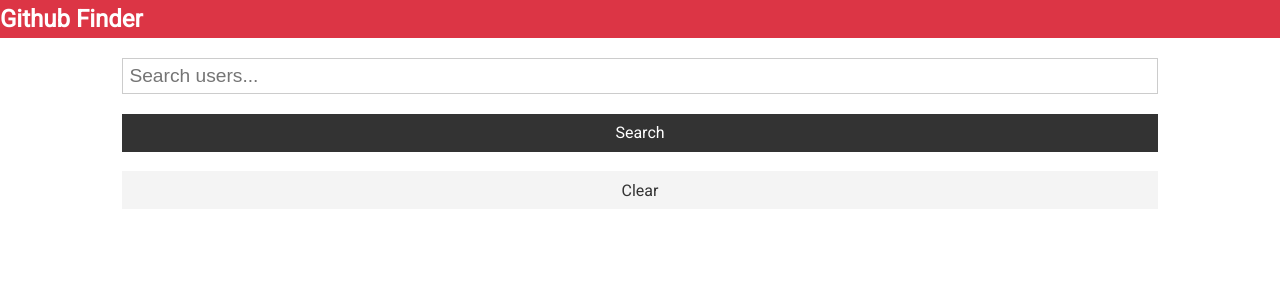
Repository: 7harshit20/github-users-finder
Page: /
These files come from the project's save history. The page is drawn as it stood at one moment and after a run of saves; the edit follows.
The browser window is 1280 px wide. The pictures show the whole page.
The project was rebuilt for these pictures with package versions that can differ from the ones it lists, and the page was loaded fresh each time. Also part of the build but not shown: src/component/users/UserItems.js, src/component/layout/Spinner.js.

Above is the page before, as saved 2021-10-02 18:20:48.

After the next 2 saves:
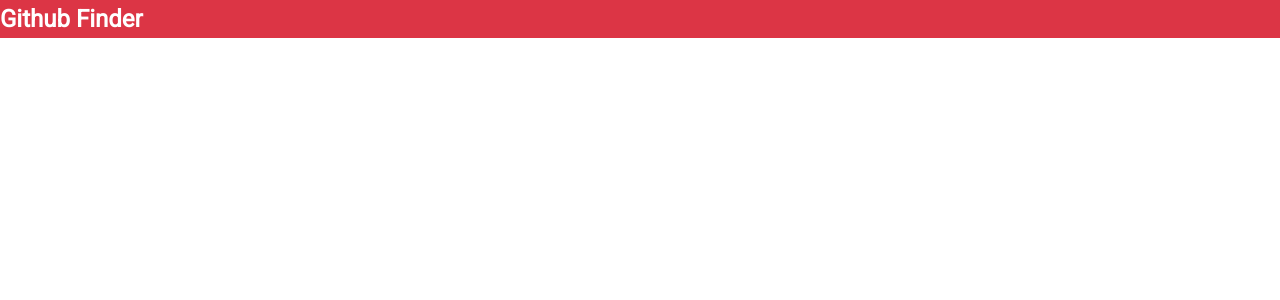
The 2 saves are shown as one change because 1 did not build or start.
The last was saved 4 h 11 min later.
--- a/src/App.js
+++ b/src/App.js
@@ -60,7 +60,7 @@
       <div className="App">
         <Navbar title={name} />
         <div className="container">
-          <Search searchUsers={this.searchUsers} clearUsers={this.clearUsers} />
+          {/* <Search searchUsers={this.searchUsers} clearUsers={this.clearUsers} showClear={ } /> */}
           <Users loading={loading} users={users} />
         </div>
       </div>

After the save that followed:
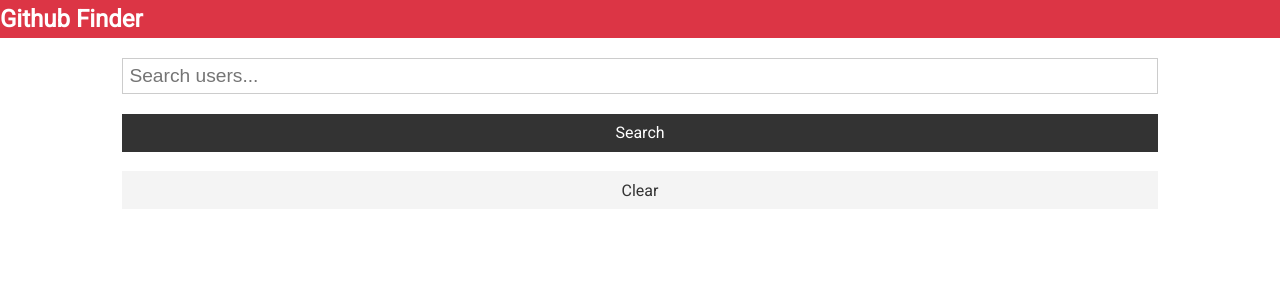
Saved 9 s later.
--- a/src/App.js
+++ b/src/App.js
@@ -60,7 +60,7 @@
       <div className="App">
         <Navbar title={name} />
         <div className="container">
-          {/* <Search searchUsers={this.searchUsers} clearUsers={this.clearUsers} showClear={ } /> */}
+          <Search searchUsers={this.searchUsers} clearUsers={this.clearUsers} />
           <Users loading={loading} users={users} />
         </div>
       </div>
